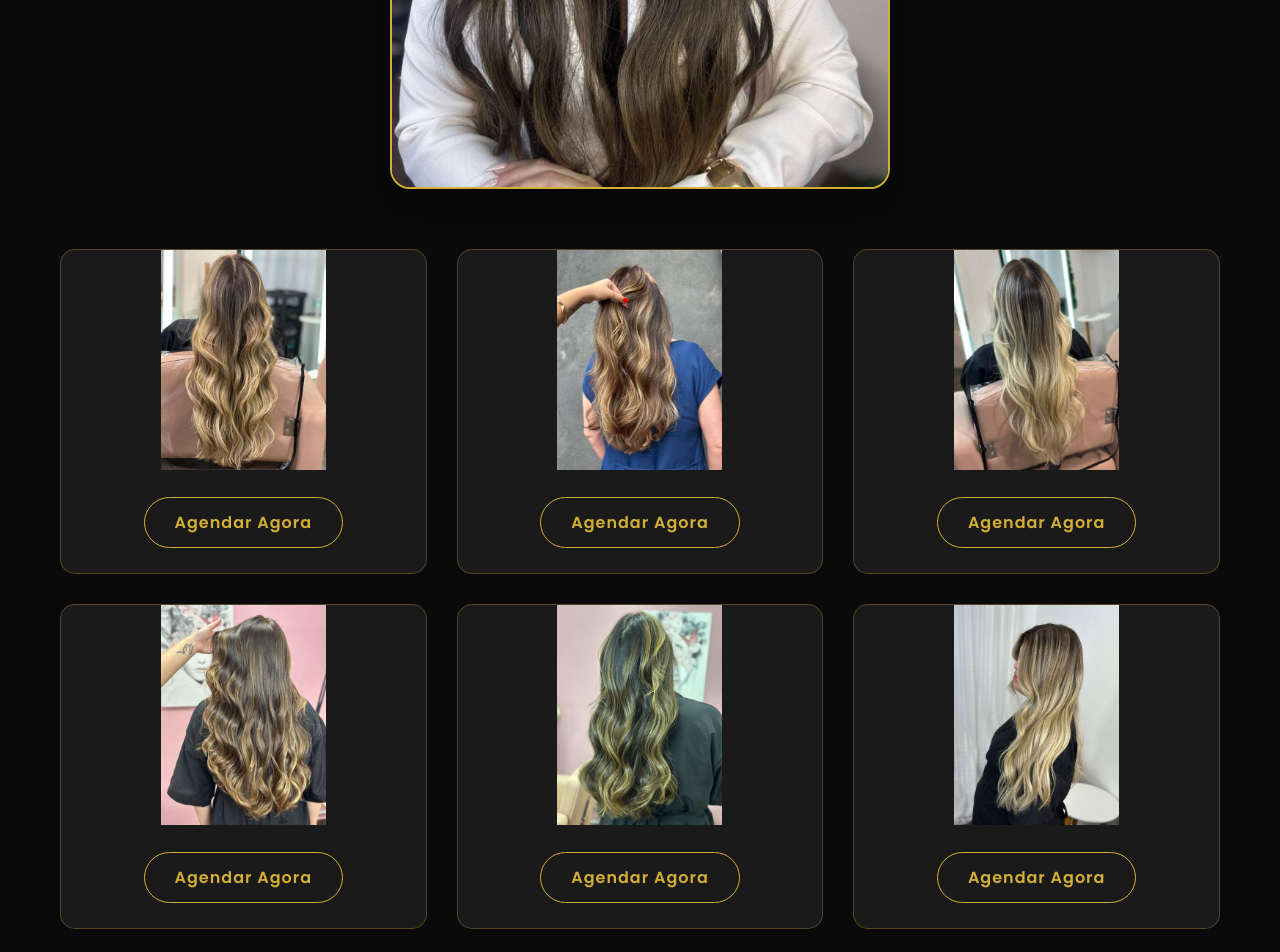
Repository: Sandro1969-tech/campanini-beauty
Page: index.html
These files come from the project's save history. The page is drawn as it stood at one moment and after the next save; the edit follows.
The browser window is 1280 px wide. The pictures show the part of the page from y = 729 to 1681 px (the page is 2941 px tall before and 2541 px after).
Pictures or frames that could not be fetched are drawn as grey boxes.

Above is the page before, as saved 2026-02-17 19:57:37.

After the next save:
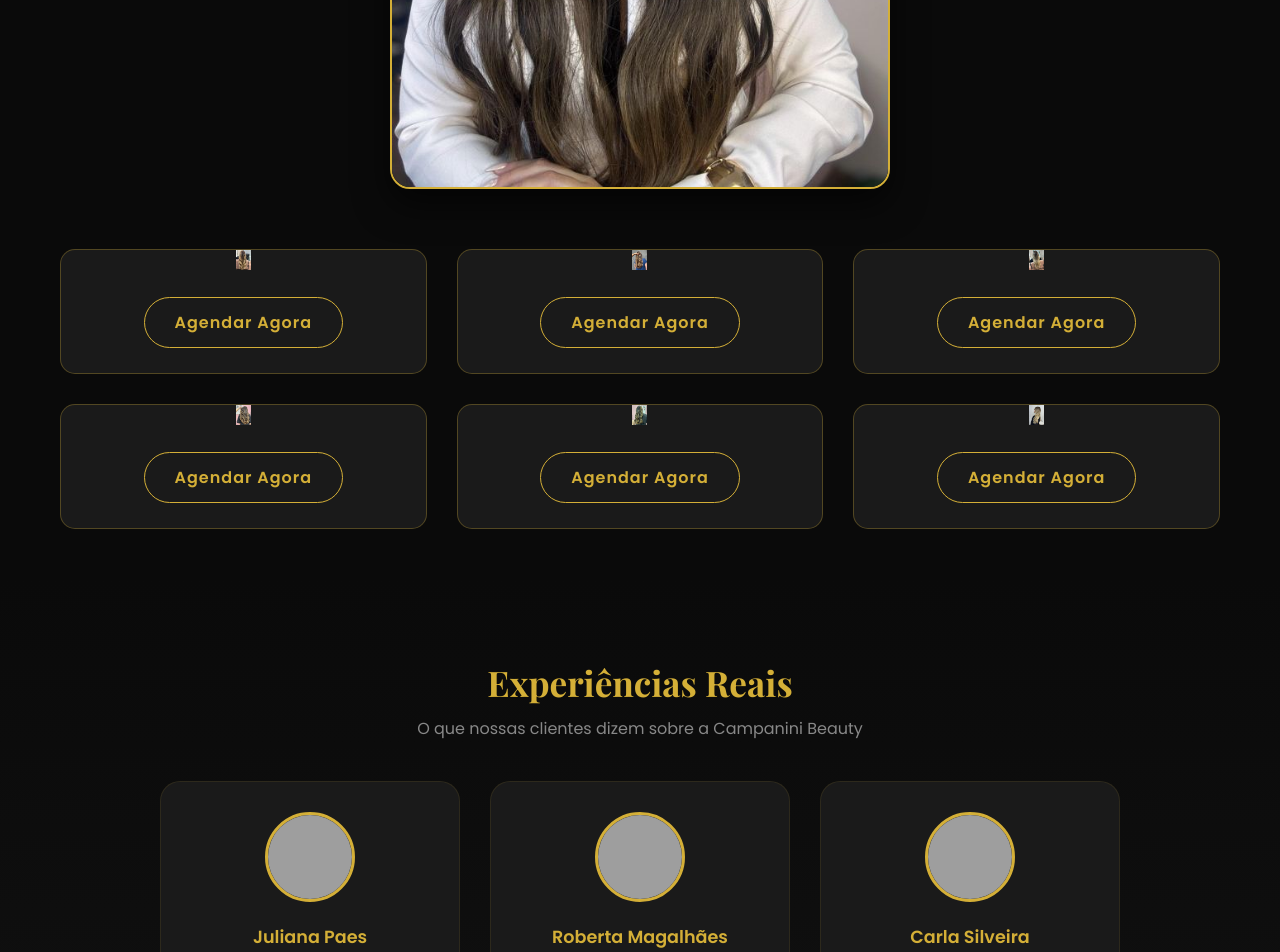
Saved 7 s later.
--- a/index.html
+++ b/index.html
@@ -107,7 +107,7 @@
 
         .card img {
             width: 100%;
-            height: 220px;
+            height: 20px;
             object-fit: contain; /* Garante que a imagem não fique esticada */
         }
 
